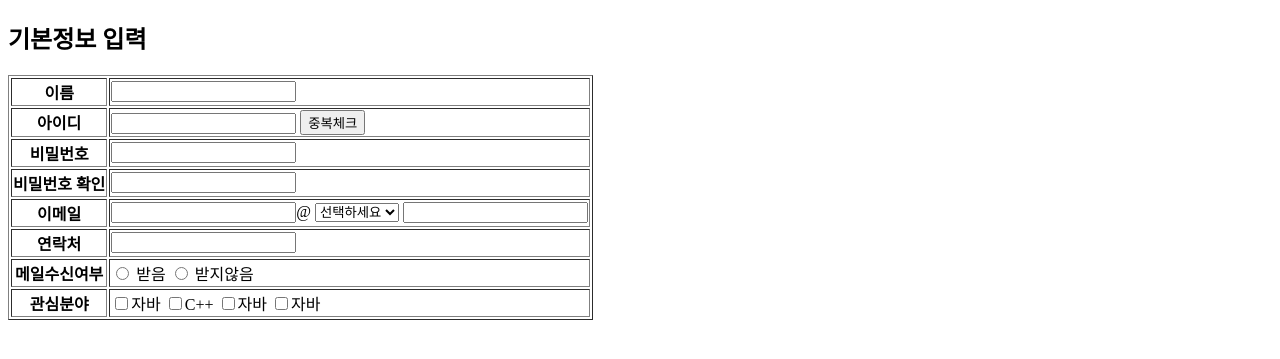
Repository: jinaa11/Kcc_Web
Page: Html/WebContent/mission3.html
The author's editor kept a copy of each file at every save. The page is drawn from the files as they stood at one save, then again after the next save.
The browser window is 1280 px wide. The pictures show the whole page.

Above is the page before, as saved 2024-07-08 06:26:08.

### Html/WebContent/mission3.html
<!DOCTYPE html>
<html>
<head>
<meta charset="UTF-8">
<title>회원가입</title>
</head>
<body>
	<h2>기본정보 입력</h2>
	<table border="1">
		<tbody>
			<tr>
				<th>이름</th>
				<td>
					<input type="text" name="name">
				</td>
			</tr>
			<tr>
				<th>아이디</th>
				<td>
					<input type="text" name="name">
					<input type="button" name="duplication_check" value="중복체크">
				</td>
			</tr>
			<tr>
				<th>비밀번호</th>
				<td>
					<input type="password" name="password">
				</td>
			</tr>
			<tr>
				<th>비밀번호 확인</th>
				<td>
					<input type="password" name="password_check">
				</td>
			</tr>
			<tr>
				<th>이메일</th>
				<td>
					<input type="text" name="email">@
					<select name="email_type">
						<option value="default">선택하세요</option>
						<option value="naver">naver.com</option>
						<option value="daum">daum.net</option>
						<option value="gmail">gmail.com</option>
					</select>
					<input type="text" name="etc_email">
				</td>
			</tr>
			<tr>
				<th>연락처</th>
				<td>
					<input type="text" name="phone">
				</td>
			</tr>
			<tr>
				<th>메일수신여부</th>
				<td>
					<input type="radio" name="receipt_status"> 받음
					<input type="radio" name="receipt_status"> 받지않음
				</td>
			</tr>
			<tr>
				<th>관심분야</th>
				<td>
					<input type="checkbox" name="java" value="자바">자바
					<input type="checkbox" name="c++" value="c++">C++
					<input type="checkbox" name="java" value="자바">자바
					<input type="checkbox" name="java" value="자바">자바
				</td>
			</tr>
		</tbody>
	</table>
</body>
</html>

After the next save:
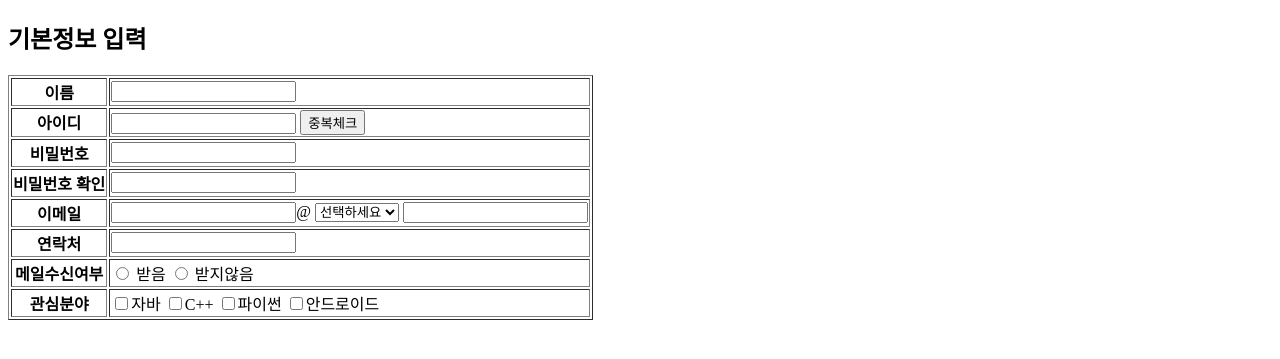
Saved 34 s later.
--- a/Html/WebContent/mission3.html
+++ b/Html/WebContent/mission3.html
@@ -64,8 +64,8 @@
 				<td>
 					<input type="checkbox" name="java" value="자바">자바
 					<input type="checkbox" name="c++" value="c++">C++
-					<input type="checkbox" name="java" value="자바">자바
-					<input type="checkbox" name="java" value="자바">자바
+					<input type="checkbox" name="python" value="python">파이썬
+					<input type="checkbox" name="android" value="android">안드로이드
 				</td>
 			</tr>
 		</tbody>
